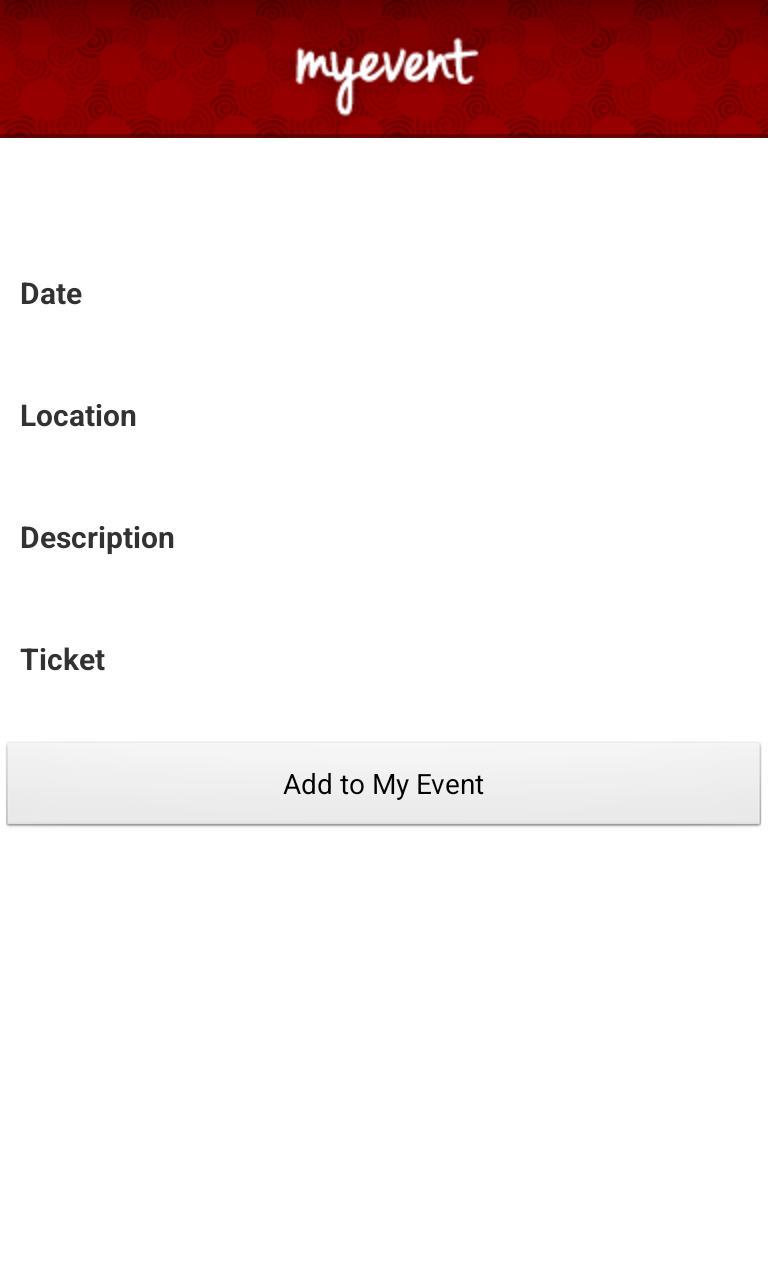
Repository: galihandy/chessboard
Layout: myEvent/res/layout/detail_feature_event.xml
An editor plug-in stored every save of this project. The layout is shown before and after the next save, followed by the edit.
It is drawn on a 768 x 1280 px phone screen (xhdpi) without system bars, with theme android:Theme.Light.NoTitleBar; the app's code is not run.

Above is the layout before, as saved 2013-01-27 07:41:42.

### myEvent/res/layout/detail_feature_event.xml
<?xml version="1.0" encoding="utf-8"?>
<LinearLayout xmlns:android="http://schemas.android.com/apk/res/android"
    android:layout_width="match_parent"
    android:layout_height="match_parent"
    android:orientation="vertical" >

    <include
        android:layout_width="match_parent"
        android:layout_height="wrap_content"
        layout="@layout/header" />
    <!-- Name Label -->

    <ScrollView
        android:id="@+id/featured_scrollview"
        android:layout_width="match_parent"
        android:layout_height="wrap_content" >

        <LinearLayout
            android:layout_width="match_parent"
            android:layout_height="wrap_content"
            android:orientation="vertical" >

            <TextView
                android:id="@+id/event_name"
                android:layout_width="fill_parent"
                android:layout_height="wrap_content"
                android:layout_centerHorizontal="true"
                android:layout_margin="10dip"
                android:paddingBottom="5dip"
                android:paddingTop="5dip"
                android:textColor="#990000"
                android:textSize="20dip"
                android:textStyle="bold" />

            <!-- Description Label -->

			<!-- Event Date -->
            <LinearLayout
                android:layout_width="match_parent"
                android:layout_height="wrap_content"
                android:layout_margin="10dip"
                android:orientation="vertical" >

                <TextView
                    android:layout_width="match_parent"
                    android:layout_height="match_parent"
                    android:text="@string/date"
                    android:textSize="15dip"
                    android:textStyle="bold" />

                <TextView
                    android:id="@+id/event_date"
                    android:layout_width="match_parent"
                    android:layout_height="match_parent"
                    android:textSize="15dip" />
            </LinearLayout>

            <!-- Event Location -->
            <LinearLayout
                android:layout_width="match_parent"
                android:layout_height="wrap_content"
                android:layout_margin="10dip"
                android:orientation="vertical" >

                <TextView
                    android:layout_width="match_parent"
                    android:layout_height="wrap_content"
                    android:text="@string/location"
                    android:textSize="15dip"
                    android:textStyle="bold" />

                <TextView
                    android:id="@+id/event_location"
                    android:layout_width="match_parent"
                    android:layout_height="wrap_content"
                    android:textSize="15dip" />
            </LinearLayout>

            <LinearLayout
                android:layout_width="match_parent"
                android:layout_height="wrap_content"
                android:layout_margin="10dip"
                android:orientation="vertical" >

                <TextView
                    android:layout_width="match_parent"
                    android:layout_height="match_parent"
                    android:text="@string/description"
                    android:textSize="15dip"
                    android:textStyle="bold" />

                <TextView
                    android:id="@+id/event_description"
                    android:layout_width="match_parent"
                    android:layout_height="match_parent"
                    android:textSize="15dip" />
            </LinearLayout>

            <LinearLayout
                android:layout_width="match_parent"
                android:layout_height="wrap_content"
                android:layout_margin="10dip"
                android:orientation="vertical" >

                <TextView
                    android:layout_width="match_parent"
                    android:layout_height="wrap_content"
                    android:text="@string/ticket"
                    android:textSize="15dip"
                    android:textStyle="bold" />

                <TextView
                    android:id="@+id/event_ticket"
                    android:layout_width="match_parent"
                    android:layout_height="wrap_content"
                    android:textSize="15dip" />
            </LinearLayout>

            <LinearLayout
                xmlns:android="http://schemas.android.com/apk/res/android"
                android:layout_width="match_parent"
                android:layout_height="match_parent"
                android:orientation="horizontal" >

                <Button
                    android:id="@+id/add_event_button"
                    android:layout_width="fill_parent"
                    android:layout_height="wrap_content"
                    android:layout_weight="0.49"
                    android:onClick="onClick"
                    android:text="Add to My Event" />
            </LinearLayout>
        </LinearLayout>
    </ScrollView>

</LinearLayout>

### myEvent/res/layout/header.xml
<LinearLayout xmlns:android="http://schemas.android.com/apk/res/android"
         android:background="@layout/header_background"
         android:layout_width="fill_parent"
         android:layout_height="wrap_content"
         android:orientation="horizontal" >
         <ImageView
		    android:id="@+id/logo_myevent"
		    android:layout_marginTop="9dp"
		    android:layout_width="fill_parent"
		    android:layout_height="wrap_content"
		    android:src="@drawable/logo_myevent" />
</LinearLayout>

### myEvent/res/values/strings.xml
<resources>

    <string name="app_name">MyEvent</string>
    <string name="hello_world">Hello world!</string>
    <string name="menu_settings">Settings</string>
    <string name="no_data">Cannot fetch data</string>
    <string name="search_edit_text_default">Type search here</string>
    <string name="title_activity_main">My Event</string>
    <string name="title_activity_featured">Featured</string>
    <string name="title_activity_ticket">Ticket</string>
    <string name="title_activity_myticket">My Ticket</string>
    <string name="please_wait">Please Wait</string>
    <string name="location">Location</string>
    <string name="date">Date</string>
    <string name="description">Description</string>
    <string name="ticket">Ticket</string>

</resources>

### myEvent/res/layout/header_background.xml
<?xml version="1.0" encoding="utf-8"?>
    <bitmap xmlns:android="http://schemas.android.com/apk/res/android"
        android:src="@drawable/pattern_1"
        android:tileMode="repeat" />

After the next save:
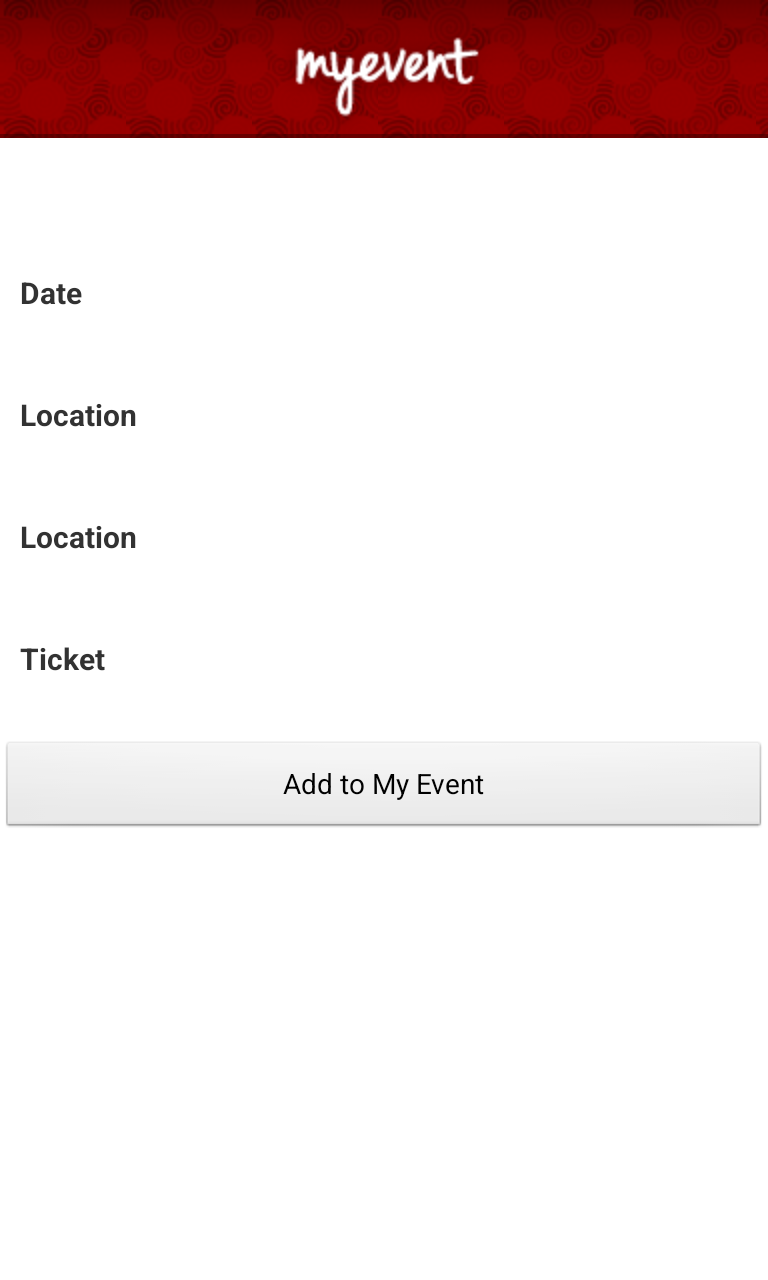
Saved 4 min 20 s later.
--- a/myEvent/res/layout/detail_feature_event.xml
+++ b/myEvent/res/layout/detail_feature_event.xml
@@ -85,7 +85,7 @@
                 <TextView
                     android:layout_width="match_parent"
                     android:layout_height="match_parent"
-                    android:text="@string/description"
+                    android:text="@string/location"
                     android:textSize="15dip"
                     android:textStyle="bold" />
 

After the save that followed:
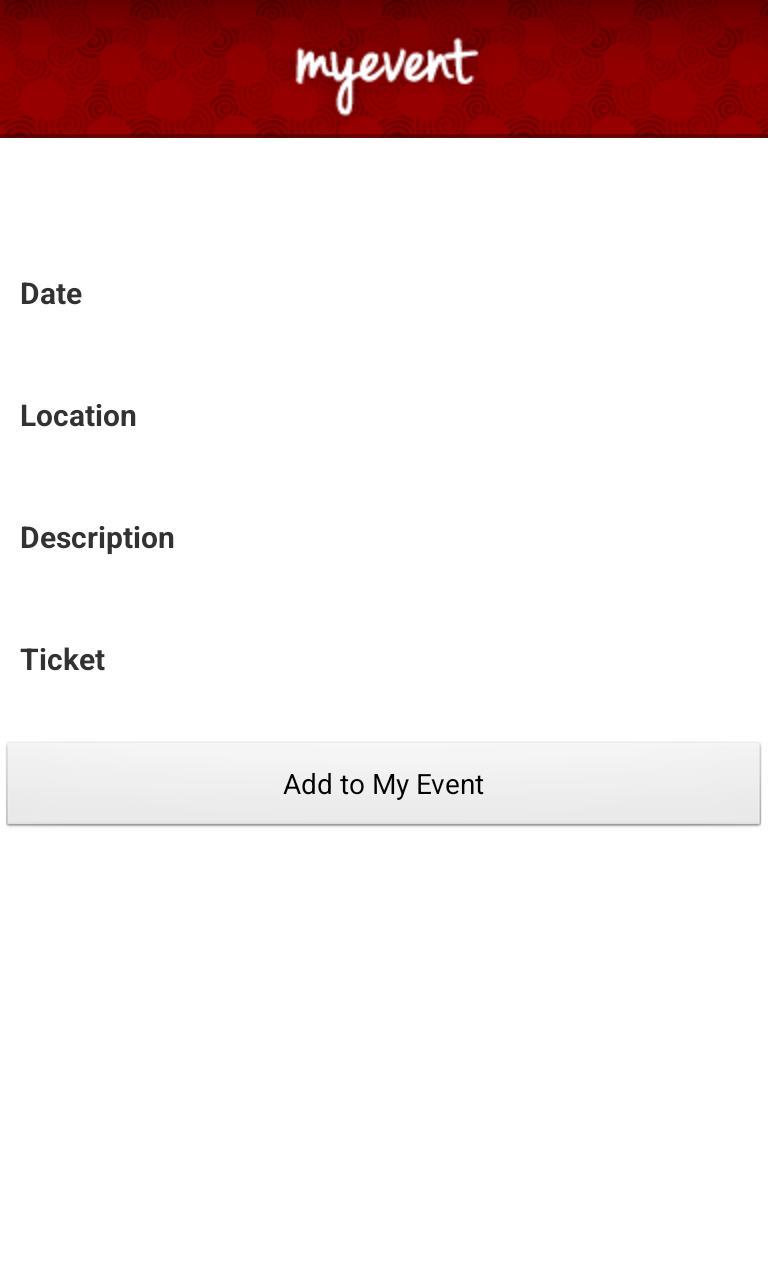
Saved 28 s later.
--- a/myEvent/res/layout/detail_feature_event.xml
+++ b/myEvent/res/layout/detail_feature_event.xml
@@ -76,6 +76,7 @@
                     android:textSize="15dip" />
             </LinearLayout>
 
+            <!-- Event Description -->
             <LinearLayout
                 android:layout_width="match_parent"
                 android:layout_height="wrap_content"
@@ -85,7 +86,7 @@
                 <TextView
                     android:layout_width="match_parent"
                     android:layout_height="match_parent"
-                    android:text="@string/location"
+                    android:text="@string/description"
                     android:textSize="15dip"
                     android:textStyle="bold" />
 
